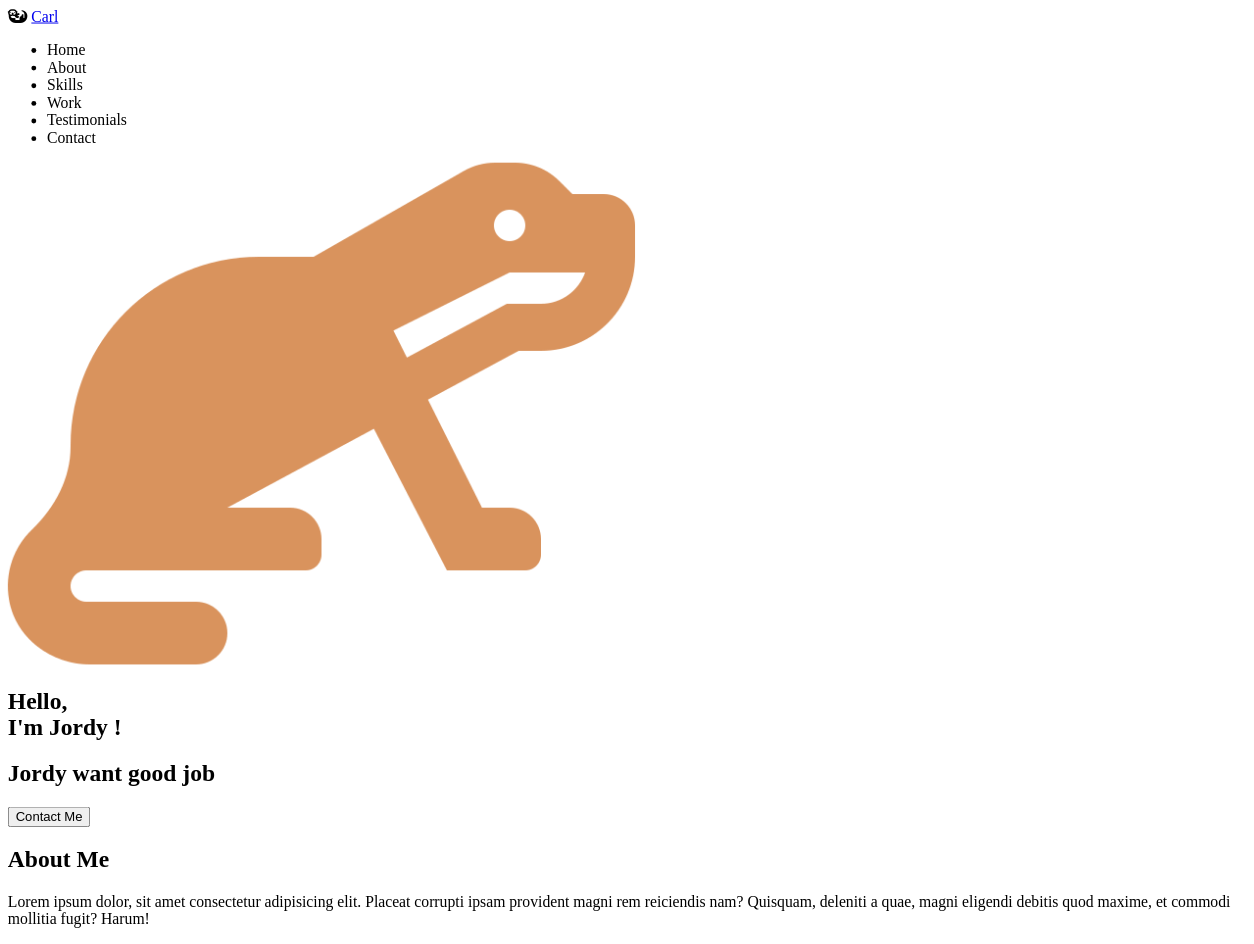
Repository: pilgrim13/Portfolio
Page: index.html
The author's editor kept a copy of each file at every save. The page is drawn from the files as they stood at one save, then again after the next save.
The browser window is 1280 px wide. The pictures show the whole page, at 98% of full size.
Some web libraries are served in a nearby version.

Above is the page before, as saved 2021-01-08 20:03:56.

### index.html
<!DOCTYPE html>
<html lang="en">
	<head>
		<meta charset="UTF-8" />
		<meta name="viewport" content="width=device-width, initial-scale=1.0" />
		<title>Carl's WAS</title>
		<meta name="description" content="test WAS" />
		<meta name="author" content="Carl" />
		<link rel="icon" type="image/png" href="imgs/carrot.png" />
		<script
			src="https://kit.fontawesome.com/453419e5ae.js"
			crossorigin="anonymous"
		></script>
		<link rel="preconnect" href="https://fonts.gstatic.com" />
		<link
			href="https://fonts.googleapis.com/css2?family=Open+Sans:wght@400;600;700&display=swap"
			rel="stylesheet"
		/>
		<!-- css -->
		<!-- font-family: 'Open Sans', sans-serif; -->
		<link rel="stylesheet" href="style.css" />
		<script src="main.js" defer></script>
	</head>
	<body>
		<!-- Navbar -->
		<nav id="navbar">
			<div class="navbar__logo">
				<i class="fas fa-otter"></i>
				<a href="#">Carl</a>
			</div>
			<div class="navbar__menu">
				<ul>
					<li class="navbar__menu__item">Home</li>
					<li class="navbar__menu__item">About</li>
					<li class="navbar__menu__item">Skills</li>
					<li class="navbar__menu__item">Work</li>
					<li class="navbar__menu__item">Testimonials</li>
					<li class="navbar__menu__item">Contact</li>
				</ul>
			</div>
		</nav>
		<!-- Home -->
		<section id="home">
			<img
				src="imgs/otter-solid.png"
				alt="Carl's profile photo"
				class="home__avatar"
			/>
			<h1 class="home__title">Hello, <br />I'm Jordy !</h1>
			<h2 class="home__description">Jordy want good job</h2>
			<button class="home__contact">Contact Me</button>
		</section>
		<!-- About -->
		<section id="about">
			<h1>About Me</h1>
			<p>
				Lorem ipsum dolor, sit amet consectetur adipisicing elit. Placeat
				corrupti ipsam provident magni rem reiciendis nam? Quisquam, deleniti a
				quae, magni eligendi debitis quod maxime, et commodi mollitia fugit?
				Harum!
			</p>
			<div class="about__majors">
				<div class="major">
					<div class="major__icon"></div>
					<div class="major__title"></div>
					<div class="major__description"></div>
				</div>
			</div>
		</section>
		<!-- Skills -->
		<section id="skills"></section>
		<!-- Work -->
		<section id="work"></section>
		<!-- Testimonials -->
		<section class="testimonials"></section>
		<!-- Contact -->
		<section id="contact"></section>
	</body>
</html>

Loaded but not shown: main.js (no stored copy; drawn as an empty file); style.css (no stored copy; drawn as an empty file)

After the next save:
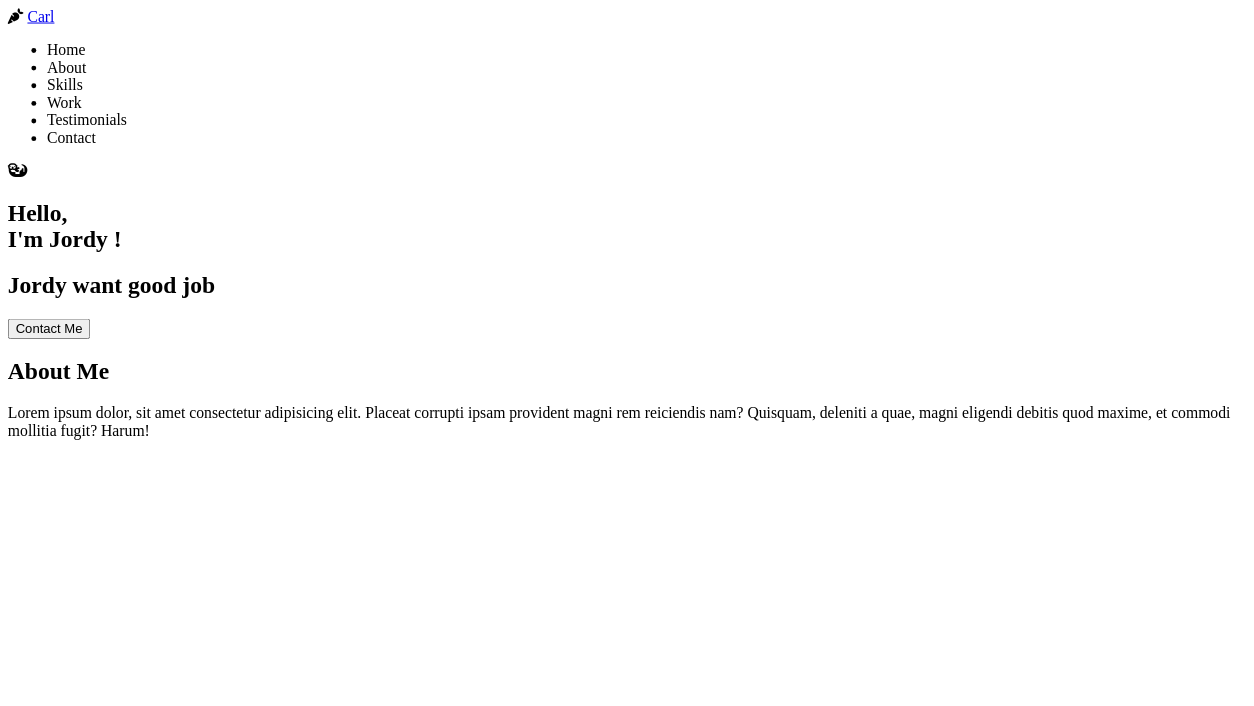
Saved 2 min 4 s later.
--- a/index.html
+++ b/index.html
@@ -25,7 +25,7 @@
 		<!-- Navbar -->
 		<nav id="navbar">
 			<div class="navbar__logo">
-				<i class="fas fa-otter"></i>
+				<i class="fas fa-carrot"></i>
 				<a href="#">Carl</a>
 			</div>
 			<div class="navbar__menu">
@@ -41,11 +41,12 @@
 		</nav>
 		<!-- Home -->
 		<section id="home">
-			<img
+			<i class="fas fa-otter home__avatar" alt="Carl's profile photo"></i>
+			<!-- <img
 				src="imgs/otter-solid.png"
 				alt="Carl's profile photo"
 				class="home__avatar"
-			/>
+			/> -->
 			<h1 class="home__title">Hello, <br />I'm Jordy !</h1>
 			<h2 class="home__description">Jordy want good job</h2>
 			<button class="home__contact">Contact Me</button>

After the save that followed:
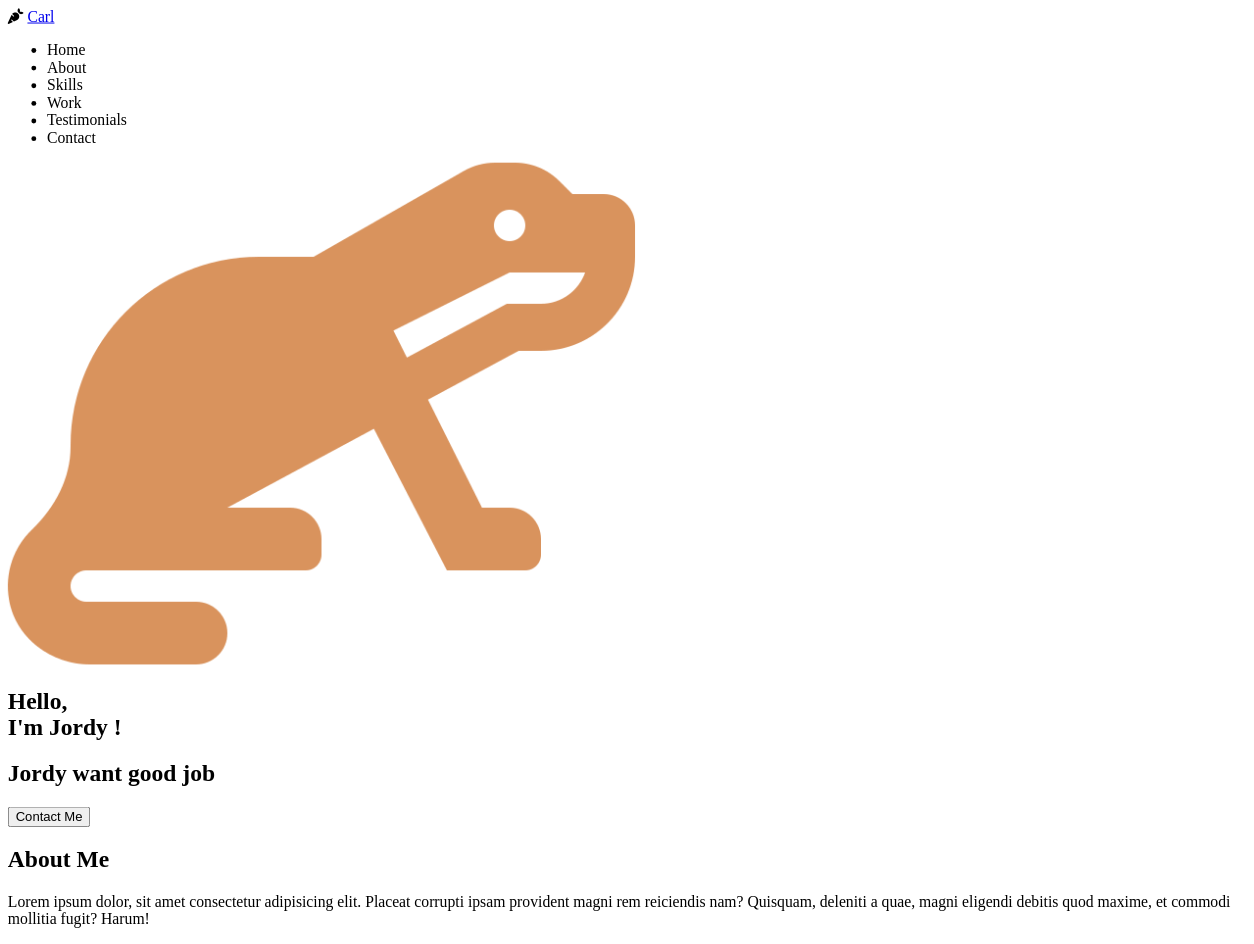
Saved 14 s later.
--- a/index.html
+++ b/index.html
@@ -41,12 +41,11 @@
 		</nav>
 		<!-- Home -->
 		<section id="home">
-			<i class="fas fa-otter home__avatar" alt="Carl's profile photo"></i>
-			<!-- <img
+			<img
 				src="imgs/otter-solid.png"
 				alt="Carl's profile photo"
 				class="home__avatar"
-			/> -->
+			/>
 			<h1 class="home__title">Hello, <br />I'm Jordy !</h1>
 			<h2 class="home__description">Jordy want good job</h2>
 			<button class="home__contact">Contact Me</button>
